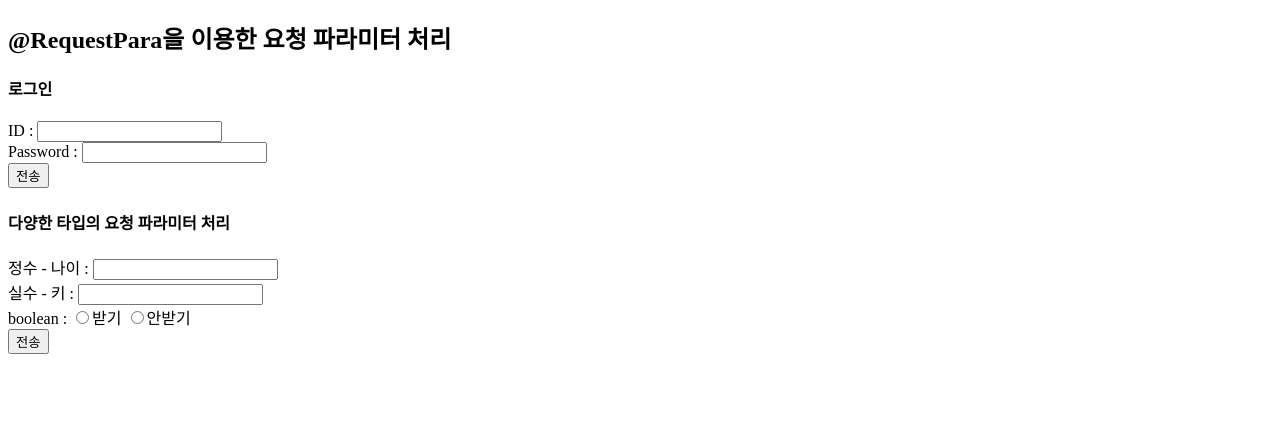
Repository: fellownew/framework_workspace
Page: http://localhost/spring_mvc_03_annotation/param/requestForm.do
These files come from the project's save history. The page is drawn as it stood at one moment and after the next save; the edit follows.
The browser window is 1280 px wide. The pictures show the whole page.
The page is served by Tomcat 9. Other server files are loaded and not shown.

Above is the page before, as saved 2015-05-13 08:20:44.

### spring_mvc_03_annotation/WebContent/WEB-INF/view/request_form.jsp
<%@ page contentType="text/html;charset=UTF-8"%>
<!DOCTYPE html>
<html>
<head>
<meta charset="UTF-8">
<title>request_form</title>
</head>
<body>
<h2>@RequestPara을 이용한 요청 파라미터 처리</h2>
<h4>로그인</h4>
	<form action="login.do" method="post">
		ID : <input type="text" name="id"><br>
		Password : <input type="password" name="password"><br>
		<input type="submit" value="전송">
	</form>

<h4>다양한 타입의 요청 파라미터 처리</h4>
	<form action="variousType.do">
		정수 - 나이 : <input type="text" name="age"><br>
		실수 - 키 : <input type="text" name="tall"><br>
		boolean : <input type="radio" value="true" name="mailing">받기
				<input type="radio" value="false" name="mailing">안받기<br>
		<input type="submit" value="전송">
	</form>

</body>
</html>

After the next save:
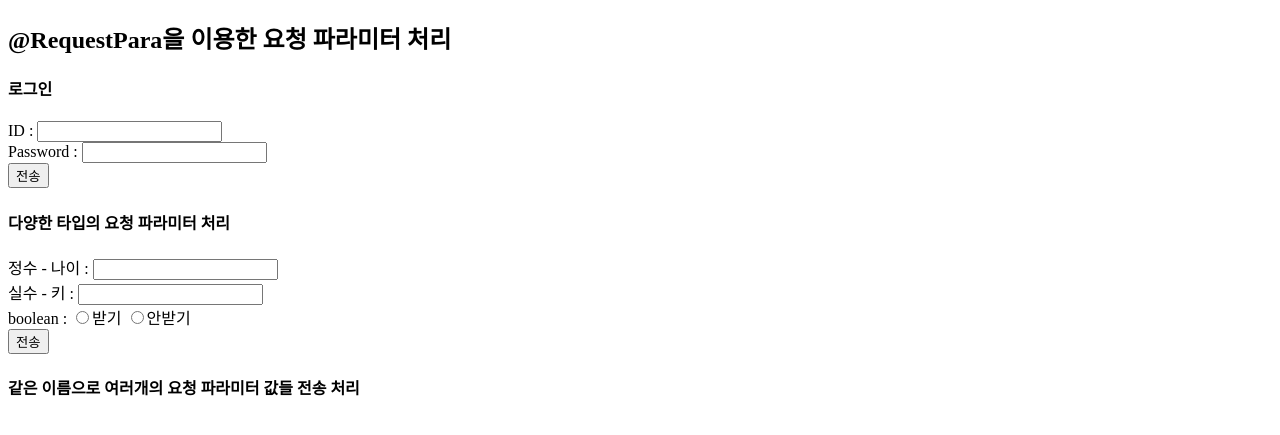
Saved 8 min 15 s later.
--- a/spring_mvc_03_annotation/WebContent/WEB-INF/view/request_form.jsp
+++ b/spring_mvc_03_annotation/WebContent/WEB-INF/view/request_form.jsp
@@ -23,5 +23,8 @@
 		<input type="submit" value="전송">
 	</form>
 
+<h4>같은 이름으로 여러개의 요청 파라미터 값들 전송 처리</h4>
+
+
 </body>
 </html>
